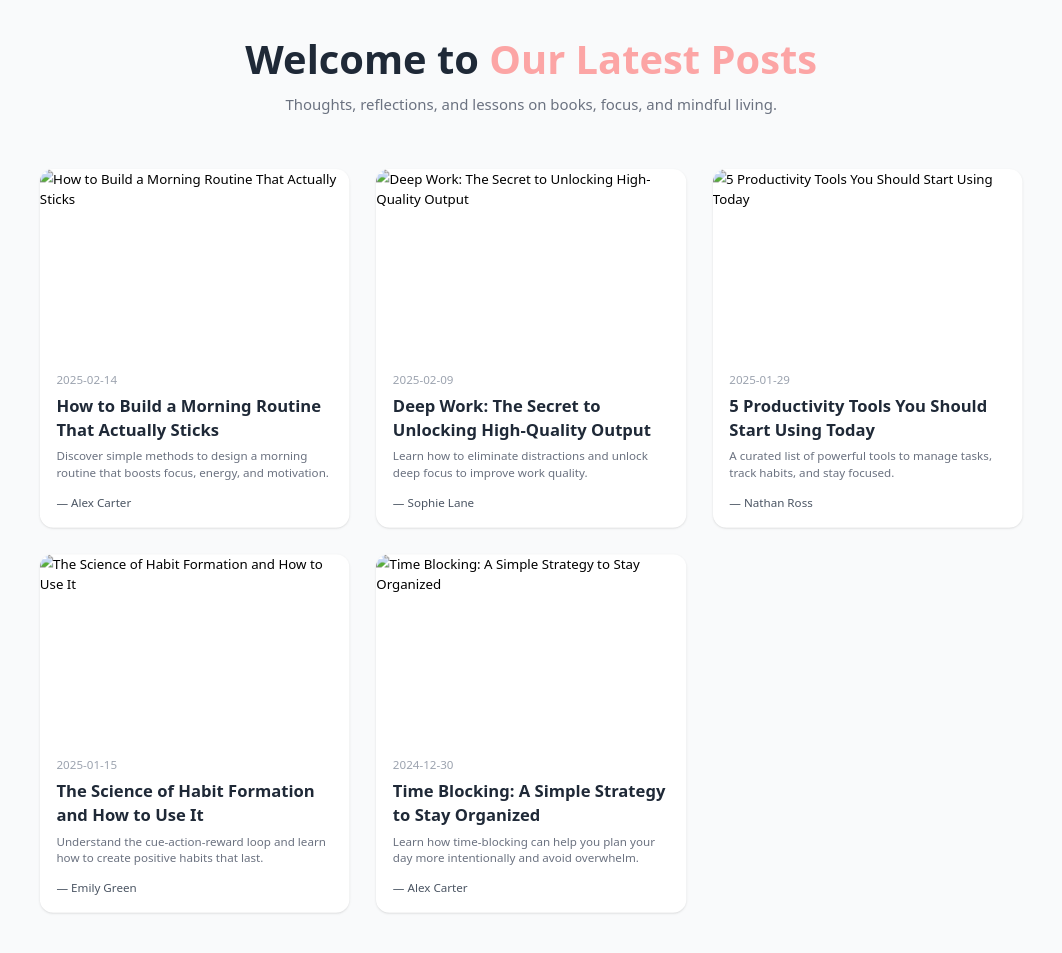
Repository: nazifat/portevalobashi
Page: /
These files come from the project's save history. The page is drawn as it stood at one moment and after the next save; the edit follows.
The browser window is 1280 px wide. The pictures show the part of the page from y = 872 to 2208 px (the page is 2020 px tall before and 3160 px after), at 83% of full size.
Pictures or frames that could not be fetched are drawn as grey boxes. The project was rebuilt for these pictures with package versions that can differ from the ones it lists, and the page was loaded fresh each time. Also part of the build but not shown: vite.config.js, src/Pages/ErrorPage/ErrorPage.jsx, src/Pages/Login/Login.jsx, src/Pages/Registration/Registration.jsx, src/Pages/Courses/Courses.jsx.

Above is the page before, as saved 2025-11-08 20:01:21.

After the next save:
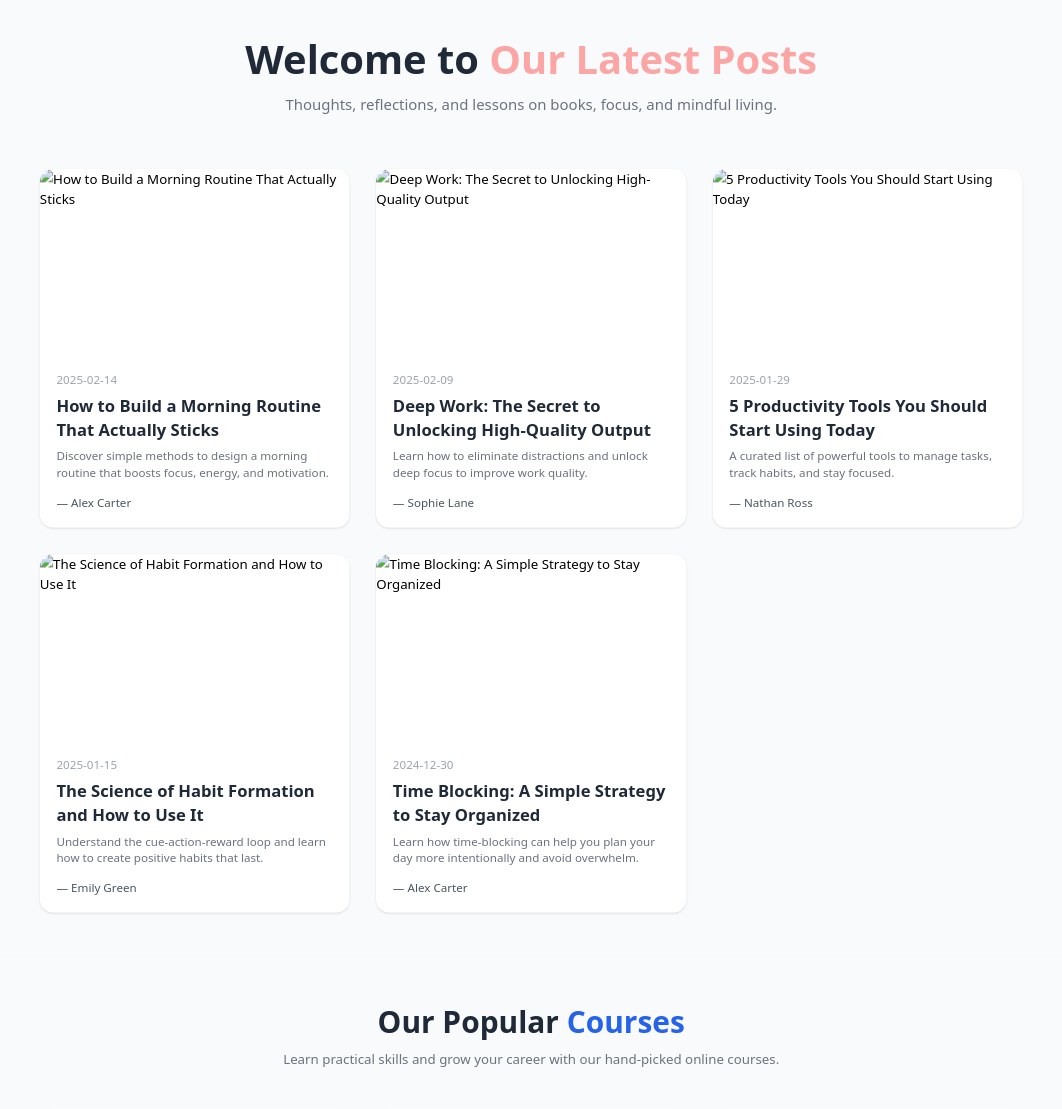
Saved 9 s later.
--- a/src/Pages/Home/Home.jsx
+++ b/src/Pages/Home/Home.jsx
@@ -1,12 +1,14 @@
 import React from 'react';
 import Banner from './Banner/Banner';
 import HomeBlog from './HomeBlog/HomeBlog';
+import CourseSection from './CourseSection/CourseSection';
 
 const Home = () => {
     return (
         <div>
             <Banner></Banner>
             <HomeBlog></HomeBlog>
+            <CourseSection></CourseSection>
 
         </div>
     );
